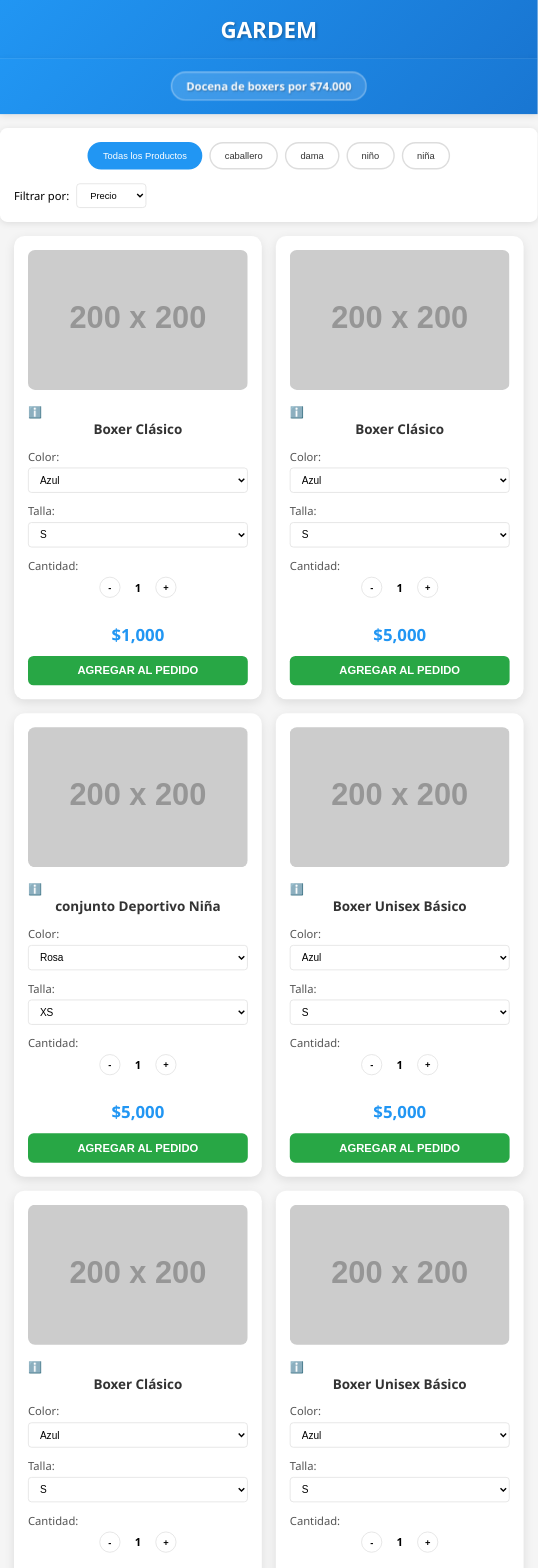
Repository: dasalgar123/gardem_react
Page: /
The author's editor kept a copy of each file at every save. The page is drawn from the files as they stood at one save, then again after the next save.
The browser window is 768 px wide. The pictures show the part of the page from y = 0 to 2240 px (the page is 4459 px tall before and 4327 px after), at 70% of full size.
The project was rebuilt for these pictures with package versions that can differ from the ones it lists, and the page was loaded fresh each time.

Above is the page before, as saved 2025-08-02 17:19:55.

### src/App.js
import React, { useState, useEffect } from 'react';
import './App.css';

function App() {
  // Estado para el carrito de compras
  const [carrito, setCarrito] = useState([]);
  const [filtroCategoria, setFiltroCategoria] = useState('Todas los Productos');
  const [promocionActual, setPromocionActual] = useState(0);

  // Promociones para el carrusel
  const promociones = [
    "Envíos a todo el país!",
    "Envíos gratis a Cúcuta centro",
    "Docena de boxers por $74.000",
    "Aprovecha nuestras promociones!"
  ];

  // Carrusel automático de promociones
  useEffect(() => {
    const interval = setInterval(() => {
      setPromocionActual((prev) => (prev + 1) % promociones.length);
    }, 3000); // Cambia cada 3 segundos

    return () => clearInterval(interval);
  }, [promociones.length]);

  // Datos de productos de Gardem
  const productos = [
    {
      id: 1,
      nombre: "Boxer Clásico",
      precio: 1000,
      categoria: "caballero",
      imagen: "https://via.placeholder.com/200x200/0066cc/ffffff?text=Boxer+Azul",
      colores: ["Azul", "Rojo", "Verde", "Negro"],
      tallas: ["S", "M", "L", "XL"],
      meta: {
        material: "Algodón 95%",
        origen: "Colombia",
        garantia: "30 días"
      }
    },
    {
      id: 2,
      nombre: "Boxer Clásico",
      precio: 5000,
      categoria: "caballero",
      imagen: "https://via.placeholder.com/200x200/cc0000/ffffff?text=Boxer+Rojo",
      colores: ["Azul", "Rojo", "Verde", "Negro"],
      tallas: ["S", "M", "L", "XL"],
      meta: {
        material: "Algodón 95%",
        origen: "Colombia",
        garantia: "30 días"
      }
    },
    {
      id: 3,
      nombre: "conjunto Deportivo Niña",
      precio: 5000,
      categoria: "niña",
      imagen: "https://via.placeholder.com/200x200/ff99cc/ffffff?text=Conjunto+Niña",
      colores: ["Rosa", "Azul", "Verde"],
      tallas: ["XS", "S", "M", "L"],
      meta: {
        material: "Poliester 85%",
        origen: "Colombia",
        garantia: "30 días"
      }
    },
    {
      id: 4,
      nombre: "Boxer Unisex Básico",
      precio: 5000,
      categoria: "caballero",
      imagen: "https://via.placeholder.com/200x200/99cc00/ffffff?text=Boxer+Verde",
      colores: ["Azul", "Rojo", "Verde", "Negro"],
      tallas: ["S", "M", "L", "XL"],
      meta: {
        material: "Algodón 95%",
        origen: "Colombia",
        garantia: "30 días"
      }
    },
    {
      id: 5,
      nombre: "Boxer Clásico",
      precio: 5000,
      categoria: "caballero",
      imagen: "https://via.placeholder.com/200x200/00cc00/ffffff?text=Boxer+Verde",
      colores: ["Azul", "Rojo", "Verde", "Negro"],
      tallas: ["S", "M", "L", "XL"],
      meta: {
        material: "Algodón 95%",
        origen: "Colombia",
        garantia: "30 días"
      }
    },
    {
      id: 6,
      nombre: "Boxer Unisex Básico",
      precio: 5000,
      categoria: "caballero",
      imagen: "https://via.placeholder.com/200x200/00cccc/ffffff?text=Boxer+Teal",
      colores: ["Azul", "Rojo", "Verde", "Negro"],
      tallas: ["S", "M", "L", "XL"],
      meta: {
        material: "Algodón 95%",
        origen: "Colombia",
        garantia: "30 días"
      }
    },
    {
      id: 7,
      nombre: "Boxer Clásico niño",
      precio: 5000,
      categoria: "niño",
      imagen: "https://via.placeholder.com/200x200/6699ff/ffffff?text=Boxer+Niño",
      colores: ["Azul", "Rojo", "Verde", "Negro"],
      tallas: ["XS", "S", "M", "L"],
      meta: {
        material: "Algodón 95%",
        origen: "Colombia",
        garantia: "30 días"
      }
    },
    {
      id: 8,
      nombre: "Boxer Clásico caballero",
      precio: 5000,
      categoria: "caballero",
      imagen: "https://via.placeholder.com/200x200/003366/ffffff?text=Boxer+Azul+Oscuro",
      colores: ["Azul", "Rojo", "Verde", "Negro"],
      tallas: ["S", "M", "L", "XL"],
      meta: {
        material: "Algodón 95%",
        origen: "Colombia",
        garantia: "30 días"
      }
    },
    {
      id: 9,
      nombre: "top algodon",
      precio: 10000,
      categoria: "dama",
      imagen: "https://via.placeholder.com/200x200/ffcc99/ffffff?text=Top+Algodón",
      colores: ["Rosa", "Azul", "Verde", "Negro"],
      tallas: ["XS", "S", "M", "L", "XL"],
      meta: {
        material: "Algodón 100%",
        origen: "Colombia",
        garantia: "30 días"
      }
    },
    {
      id: 10,
      nombre: "top niña",
      precio: 10000,
      categoria: "niña",
      imagen: "https://via.placeholder.com/200x200/ff99cc/ffffff?text=Top+Niña",
      colores: ["Rosa", "Azul", "Verde", "Amarillo"],
      tallas: ["XS", "S", "M", "L"],
      meta: {
        material: "Algodón 100%",
        origen: "Colombia",
        garantia: "30 días"
      }
    },
    {
      id: 11,
      nombre: "pantalon",
      precio: 5000,
      categoria: "caballero",
      imagen: "https://via.placeholder.com/200x200/999999/ffffff?text=Pantalón",
      colores: ["Negro", "Azul", "Gris"],
      tallas: ["S", "M", "L", "XL"],
      meta: {
        material: "Algodón 95%",
        origen: "Colombia",
        garantia: "30 días"
      }
    }
  ];

  // Filtrar productos por categoría
  const productosFiltrados = filtroCategoria === 'Todas los Productos'
    ? productos
    : productos.filter(p => p.categoria === filtroCategoria);

  // Agregar producto al carrito
  const agregarAlCarrito = (producto, color, talla, cantidad) => {
    const item = {
      ...producto,
      color,
      talla,
      cantidad: parseInt(cantidad)
    };
    setCarrito([...carrito, item]);
  };

  // Calcular total del carrito
  const totalCarrito = carrito.reduce((total, item) => total + (item.precio * item.cantidad), 0);

  return (
    <div className="App">
      {/* Header */}
      <header className="header">
        <div className="header-content">
          <h1 className="logo">GARDEM</h1>
        </div>
      </header>

      {/* Carrusel de Promociones */}
      <div className="carrusel-container">
        <div className="carrusel-promociones">
          <p className="promocion-activa">{promociones[promocionActual]}</p>
        </div>
      </div>

      {/* Filtros */}
      <div className="filtros">
        <div className="filtro-categorias">
          <button
            className={filtroCategoria === 'Todas los Productos' ? 'activo' : ''}
            onClick={() => setFiltroCategoria('Todas los Productos')}
          >
            Todas los Productos
          </button>
          <button
            className={filtroCategoria === 'caballero' ? 'activo' : ''}
            onClick={() => setFiltroCategoria('caballero')}
          >
            caballero
          </button>
          <button
            className={filtroCategoria === 'dama' ? 'activo' : ''}
            onClick={() => setFiltroCategoria('dama')}
          >
            dama
          </button>
          <button
            className={filtroCategoria === 'niño' ? 'activo' : ''}
            onClick={() => setFiltroCategoria('niño')}
          >
            niño
          </button>
          <button
            className={filtroCategoria === 'niña' ? 'activo' : ''}
            onClick={() => setFiltroCategoria('niña')}
          >
            niña
          </button>
        </div>
        <div className="filtro-extra">
          <span>Filtrar por:</span>
          <select>
            <option>Precio</option>
            <option>Nombre</option>
          </select>
        </div>
      </div>

      {/* Grid de Productos */}
      <div className="productos-grid">
        {productosFiltrados.map((producto) => (
          <ProductoCard
            key={producto.id}
            producto={producto}
            onAgregar={agregarAlCarrito}
          />
        ))}
      </div>

      {/* Carrito */}
      {carrito.length > 0 && (
        <div className="carrito">
          <h3>Tu Pedido ({carrito.length} productos)</h3>
          <div className="carrito-items">
            {carrito.map((item, index) => (
              <div key={index} className="carrito-item">
                <img src={item.imagen} alt={item.nombre} />
                <div>
                  <h4>{item.nombre}</h4>
                  <p>Color: {item.color} | Talla: {item.talla}</p>
                  <p>Cantidad: {item.cantidad}</p>
                  <p>Precio: ${item.precio.toLocaleString()}</p>
                </div>
              </div>
            ))}
          </div>
          <div className="carrito-total">
            <h4>Total: ${totalCarrito.toLocaleString()}</h4>
            <button className="btn-whatsapp">
              Enviar Pedido por WhatsApp
            </button>
          </div>
        </div>
      )}
    </div>
  );
}

// Componente ProductoCard
function ProductoCard({ producto, onAgregar }) {
  const [color, setColor] = useState(producto.colores[0]);
  const [talla, setTalla] = useState(producto.tallas[0]);
  const [cantidad, setCantidad] = useState(1);
  const [mostrarMeta, setMostrarMeta] = useState(false);

  const handleAgregar = () => {
    onAgregar(producto, color, talla, cantidad);
  };

  return (
    <div className="producto-card">
      <div className="producto-imagen-container">
        <img src={producto.imagen} alt={producto.nombre} />
        <div className="meta-overlay" onClick={() => setMostrarMeta(!mostrarMeta)}>
          <span className="meta-icon">ℹ️</span>
        </div>
        {mostrarMeta && (
          <div className="meta-info">
            <h4>Información del Producto</h4>
            <p><strong>Material:</strong> {producto.meta.material}</p>
            <p><strong>Origen:</strong> {producto.meta.origen}</p>
            <p><strong>Garantía:</strong> {producto.meta.garantia}</p>
            <button className="cerrar-meta" onClick={() => setMostrarMeta(false)}>
              ✕
            </button>
          </div>
        )}
      </div>
      <h3>{producto.nombre}</h3>

      <div className="producto-opciones">
        <div className="opcion">
          <label>Color:</label>
          <select value={color} onChange={(e) => setColor(e.target.value)}>
            {producto.colores.map(c => (
              <option key={c} value={c}>{c}</option>
            ))}
          </select>
        </div>

        <div className="opcion">
          <label>Talla:</label>
          <select value={talla} onChange={(e) => setTalla(e.target.value)}>
            {producto.tallas.map(t => (
              <option key={t} value={t}>{t}</option>
            ))}
          </select>
        </div>

        <div className="opcion">
          <label>Cantidad:</label>
          <div className="cantidad-control">
            <button onClick={() => setCantidad(Math.max(1, cantidad - 1))}>-</button>
            <span>{cantidad}</span>
            <button onClick={() => setCantidad(cantidad + 1)}>+</button>
          </div>
        </div>
      </div>

      <div className="producto-precio">
        <span className="precio">${producto.precio.toLocaleString()}</span>
      </div>

      <button className="btn-agregar" onClick={handleAgregar}>
        AGREGAR AL PEDIDO
      </button>
    </div>
  );
}

export default App;

### src/App.css
/* Estilos generales */
* {
  margin: 0;
  padding: 0;
  box-sizing: border-box;
}

body {
  font-family: 'Segoe UI', Tahoma, Geneva, Verdana, sans-serif;
  background-color: #f5f5f5;
}

.App {
  min-height: 100vh;
}

/* Header */
.header {
  background: linear-gradient(135deg, #2196F3 0%, #1976D2 100%);
  color: white;
  padding: 20px 0;
  box-shadow: 0 2px 10px rgba(0,0,0,0.1);
}

.header-content {
  max-width: 1200px;
  margin: 0 auto;
  padding: 0 20px;
  display: flex;
  justify-content: center;
  align-items: center;
}

.logo {
  font-size: 2.5rem;
  font-weight: bold;
  text-shadow: 2px 2px 4px rgba(0,0,0,0.3);
}

/* Carrusel de Promociones */
.carrusel-container {
  width: 100%;
  background: linear-gradient(135deg, #2196F3 0%, #1976D2 100%);
  padding: 15px 0;
  box-shadow: 0 2px 10px rgba(0,0,0,0.1);
}

.carrusel-promociones {
  width: 100%;
  display: flex;
  justify-content: center;
  align-items: center;
  height: 60px;
}

.promocion-activa {
  margin: 0;
  font-size: 1.2rem;
  font-weight: 600;
  color: white;
  animation: fadeInOut 3s ease-in-out infinite;
  text-align: center;
  padding: 10px 30px;
  background: rgba(255,255,255,0.15);
  border-radius: 30px;
  backdrop-filter: blur(10px);
  border: 2px solid rgba(255,255,255,0.3);
  text-shadow: 1px 1px 2px rgba(0,0,0,0.3);
}

@keyframes fadeInOut {
  0%, 100% {
    opacity: 0;
    transform: translateY(20px);
  }
  10%, 90% {
    opacity: 1;
    transform: translateY(0);
  }
}

/* Filtros */
.filtros {
  background: white;
  padding: 20px;
  margin: 20px auto;
  max-width: 1200px;
  border-radius: 10px;
  box-shadow: 0 2px 10px rgba(0,0,0,0.1);
  display: flex;
  justify-content: space-between;
  align-items: center;
  flex-wrap: wrap;
  gap: 20px;
}

.filtro-categorias {
  display: flex;
  gap: 10px;
  flex-wrap: wrap;
}

.filtro-categorias button {
  padding: 10px 20px;
  border: 2px solid #ddd;
  background: white;
  color: #333;
  border-radius: 25px;
  cursor: pointer;
  transition: all 0.3s ease;
  font-weight: 500;
}

.filtro-categorias button:hover {
  border-color: #2196F3;
  color: #2196F3;
}

.filtro-categorias button.activo {
  background: #2196F3;
  color: white;
  border-color: #2196F3;
}

.filtro-extra {
  display: flex;
  align-items: center;
  gap: 10px;
}

.filtro-extra select {
  padding: 8px 15px;
  border: 1px solid #ddd;
  border-radius: 5px;
  background: white;
}

/* Grid de Productos */
.productos-grid {
  max-width: 1200px;
  margin: 0 auto;
  padding: 0 20px;
  display: grid;
  grid-template-columns: repeat(auto-fill, minmax(280px, 1fr));
  gap: 30px;
  margin-bottom: 50px;
}

/* Tarjeta de Producto */
.producto-card {
  background: white;
  border-radius: 15px;
  padding: 20px;
  box-shadow: 0 5px 15px rgba(0,0,0,0.1);
  transition: transform 0.3s ease, box-shadow 0.3s ease;
  display: flex;
  flex-direction: column;
}

.producto-card:hover {
  transform: translateY(-5px);
  box-shadow: 0 10px 25px rgba(0,0,0,0.15);
}

.producto-card img {
  width: 100%;
  height: 200px;
  object-fit: cover;
  border-radius: 10px;
  margin-bottom: 15px;
}

.producto-card h3 {
  font-size: 1.2rem;
  margin-bottom: 15px;
  color: #333;
  text-align: center;
}

.producto-opciones {
  margin-bottom: 20px;
}

.opcion {
  margin-bottom: 15px;
}

.opcion label {
  display: block;
  margin-bottom: 5px;
  font-weight: 500;
  color: #555;
}

.opcion select {
  width: 100%;
  padding: 8px 12px;
  border: 1px solid #ddd;
  border-radius: 5px;
  background: white;
  font-size: 0.9rem;
}

.cantidad-control {
  display: flex;
  align-items: center;
  gap: 10px;
  justify-content: center;
}

.cantidad-control button {
  width: 30px;
  height: 30px;
  border: 1px solid #ddd;
  background: white;
  border-radius: 50%;
  cursor: pointer;
  font-weight: bold;
  transition: all 0.3s ease;
}

.cantidad-control button:hover {
  background: #2196F3;
  color: white;
  border-color: #2196F3;
}

.cantidad-control span {
  font-weight: bold;
  min-width: 30px;
  text-align: center;
}

.producto-precio {
  text-align: center;
  margin-bottom: 15px;
}

.precio {
  font-size: 1.5rem;
  font-weight: bold;
  color: #2196F3;
}

.btn-agregar {
  width: 100%;
  padding: 12px;
  background: #28a745;
  color: white;
  border: none;
  border-radius: 8px;
  font-weight: bold;
  cursor: pointer;
  transition: background 0.3s ease;
  font-size: 1rem;
}

.btn-agregar:hover {
  background: #218838;
}

/* Carrito */
.carrito {
  position: fixed;
  bottom: 0;
  left: 0;
  right: 0;
  background: white;
  border-top: 3px solid #2196F3;
  padding: 20px;
  box-shadow: 0 -5px 15px rgba(0,0,0,0.1);
  max-height: 60vh;
  overflow-y: auto;
}

.carrito h3 {
  color: #333;
  margin-bottom: 15px;
  text-align: center;
}

.carrito-items {
  display: grid;
  grid-template-columns: repeat(auto-fill, minmax(250px, 1fr));
  gap: 15px;
  margin-bottom: 20px;
}

.carrito-item {
  display: flex;
  gap: 15px;
  padding: 15px;
  background: #f8f9fa;
  border-radius: 10px;
  align-items: center;
}

.carrito-item img {
  width: 60px;
  height: 60px;
  object-fit: cover;
  border-radius: 5px;
}

.carrito-item h4 {
  font-size: 1rem;
  margin-bottom: 5px;
  color: #333;
}

.carrito-item p {
  font-size: 0.9rem;
  color: #666;
  margin: 2px 0;
}

.carrito-total {
  text-align: center;
  border-top: 2px solid #eee;
  padding-top: 15px;
}

.carrito-total h4 {
  font-size: 1.3rem;
  color: #2196F3;
  margin-bottom: 15px;
}

.btn-whatsapp {
  background: #25d366;
  color: white;
  border: none;
  padding: 12px 25px;
  border-radius: 25px;
  font-weight: bold;
  cursor: pointer;
  transition: background 0.3s ease;
  font-size: 1rem;
}

.btn-whatsapp:hover {
  background: #128c7e;
}

/* Responsive */
@media (max-width: 768px) {
  .header-content {
    flex-direction: column;
    text-align: center;
    gap: 15px;
  }

  .logo {
    font-size: 2rem;
  }

  .carrusel-promociones {
    height: 50px;
  }

  .promocion-activa {
    font-size: 1rem;
    padding: 8px 20px;
  }

  .filtros {
    flex-direction: column;
    align-items: stretch;
  }

  .filtro-categorias {
    justify-content: center;
  }

  .productos-grid {
    grid-template-columns: repeat(auto-fill, minmax(250px, 1fr));
    gap: 20px;
  }

  .carrito-items {
    grid-template-columns: 1fr;
  }
}

Loaded but not shown: public/index.html (common file); src/index.js (common file); src/index.css (common file); src/reportWebVitals.js (common file)

After the next save:
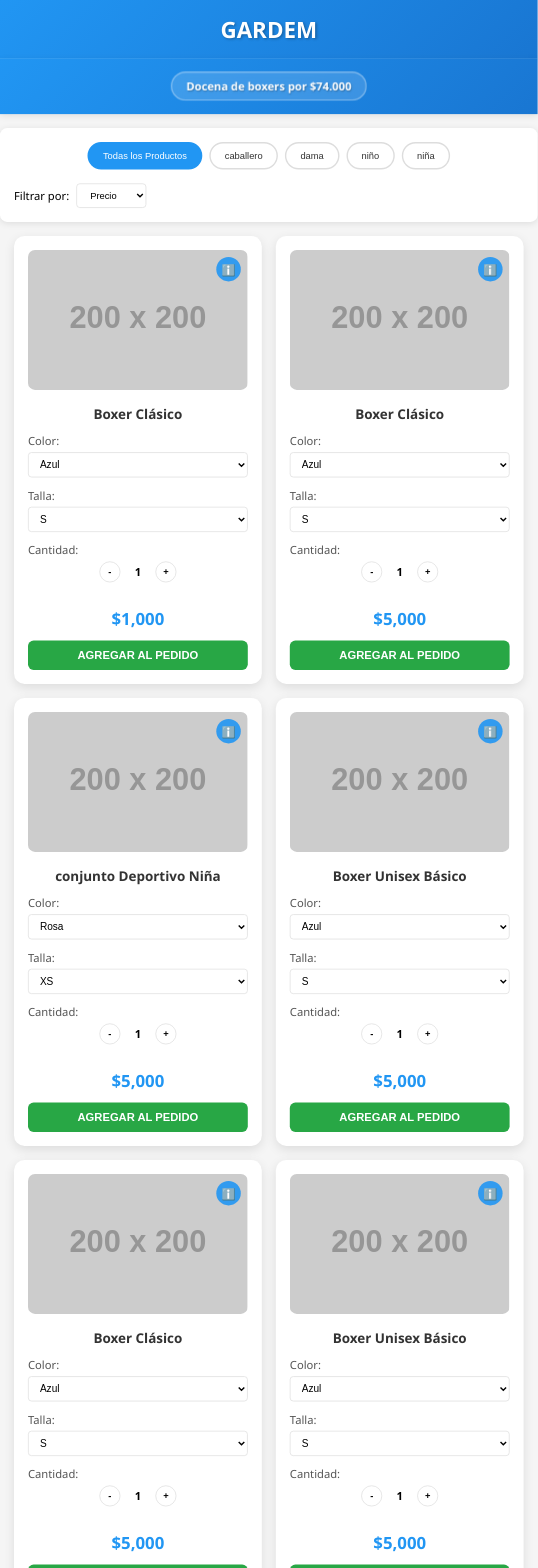
Saved 41 s later.
--- a/src/App.css
+++ b/src/App.css
@@ -162,12 +162,102 @@
   box-shadow: 0 10px 25px rgba(0,0,0,0.15);
 }
 
-.producto-card img {
+.producto-imagen-container {
+  position: relative;
+  margin-bottom: 15px;
+}
+
+.producto-imagen-container img {
   width: 100%;
   height: 200px;
   object-fit: cover;
   border-radius: 10px;
-  margin-bottom: 15px;
+}
+
+.meta-overlay {
+  position: absolute;
+  top: 10px;
+  right: 10px;
+  width: 35px;
+  height: 35px;
+  background: rgba(33, 150, 243, 0.9);
+  border-radius: 50%;
+  display: flex;
+  align-items: center;
+  justify-content: center;
+  cursor: pointer;
+  transition: all 0.3s ease;
+  z-index: 10;
+}
+
+.meta-overlay:hover {
+  background: rgba(33, 150, 243, 1);
+  transform: scale(1.1);
+}
+
+.meta-icon {
+  font-size: 16px;
+  color: white;
+}
+
+.meta-info {
+  position: absolute;
+  top: 0;
+  left: 0;
+  right: 0;
+  bottom: 0;
+  background: rgba(0, 0, 0, 0.9);
+  color: white;
+  padding: 20px;
+  border-radius: 10px;
+  display: flex;
+  flex-direction: column;
+  justify-content: center;
+  z-index: 20;
+  animation: fadeIn 0.3s ease;
+}
+
+.meta-info h4 {
+  margin-bottom: 15px;
+  text-align: center;
+  color: #2196F3;
+}
+
+.meta-info p {
+  margin: 8px 0;
+  font-size: 0.9rem;
+  line-height: 1.4;
+}
+
+.cerrar-meta {
+  position: absolute;
+  top: 10px;
+  right: 10px;
+  width: 30px;
+  height: 30px;
+  background: rgba(255, 255, 255, 0.2);
+  border: none;
+  border-radius: 50%;
+  color: white;
+  cursor: pointer;
+  font-size: 16px;
+  display: flex;
+  align-items: center;
+  justify-content: center;
+  transition: background 0.3s ease;
+}
+
+.cerrar-meta:hover {
+  background: rgba(255, 255, 255, 0.3);
+}
+
+@keyframes fadeIn {
+  from {
+    opacity: 0;
+  }
+  to {
+    opacity: 1;
+  }
 }
 
 .producto-card h3 {
@@ -380,4 +470,16 @@
   .carrito-items {
     grid-template-columns: 1fr;
   }
-}
+
+  .meta-info {
+    padding: 15px;
+  }
+
+  .meta-info h4 {
+    font-size: 1rem;
+  }
+
+  .meta-info p {
+    font-size: 0.8rem;
+  }
+}
